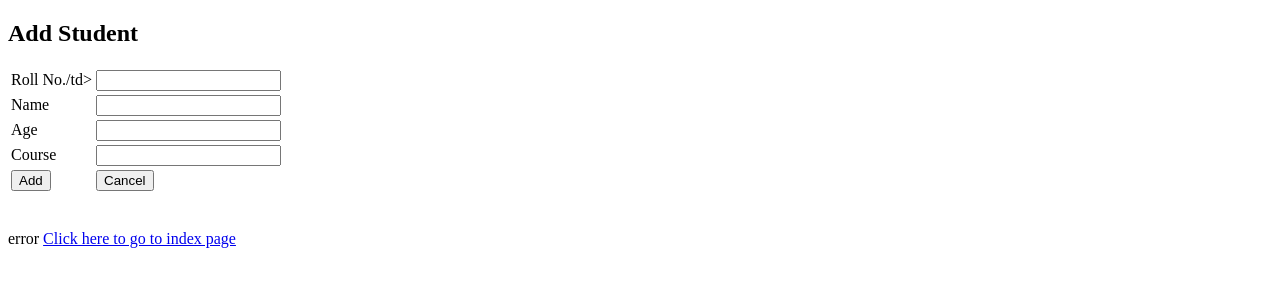
Repository: akhileshrane/ZensarJava
Page: http://localhost/student-crud/addStudent.jsp
These files come from the project's save history. The page is drawn as it stood at one moment and after the next save; the edit follows.
The browser window is 1280 px wide. The pictures show the whole page.
The page is served by Tomcat 9. Other server files are loaded and not shown.

Above is the page before, as saved 2017-06-27 09:10:42.

### student-crud/WebContent/addStudent.jsp
<!DOCTYPE html>
<%@page import="java.util.*"%>
<%@page import="akhilesh.*"%>
<html>
<head>
<meta http-equiv="Content-Type" content="text/html" >
<title>Add Student</title>
</head>
<body>
<h2>Add Student</h2>
<form name="addStudentForm" action="viewAllStudents.jsp">
<table>
	<tr>
		<td>Roll No./td>
		<td><input type="text" name="rollNumber" />
		</td>
	</tr>
	<tr>
		<td>Name</td>
		<td><input type="text" name="studentName" /></td>
	</tr>
		<tr>
		<td>Age</td>
		<td><input type="text" name="age" /></td>
	</tr>
	<tr>
		<td>Course</td>
		<td><input type="text" name="course" /></td>
	</tr>
		<tr>
		<td><input type="submit" value="Add" /></td>
		<td><input type="reset" value="Cancel" /></td>
	</tr>
</table>
<br><br>

<%
try{

StudentDao studentDao=new StudentDao();
int r=Integer.parseInt(request.getParameter("rollNumber"));
String n= request.getParameter("name");
String c= request.getParameter("course");
int a=Integer.parseInt("age");
Student student = new Student(r,n,a,c);
studentDao.addStudent(student);
}
catch(Exception e){
	out.println("error");
}
%>

<a href="index.jsp">Click here to go to index page</a>
</form>
</body>
</html>

### student-crud/src/akhilesh/StudentDao.java
package akhilesh;
import java.sql.*;
import java.util.*;

public class StudentDao {
	Student student;

	String driverName = "com.mysql.jdbc.Driver";
	String url= "jdbc:mysql://localhost/akhilesh";
	String userName="root";
	String password="root";
	public List<Student> getAllStudents() throws SQLException, ClassNotFoundException {
		List<Student> allStudentsList = new ArrayList<Student>();

		//Loading the driver

		Class.forName(driverName);
		Connection con= DriverManager.getConnection(url,userName,password);
		Statement st=con.createStatement();
		ResultSet rs=st.executeQuery("select * from student;");
		while(rs.next()) {
			int rollNumber = rs.getInt("rollno");
			String studentName=rs.getString("name");
			int age=rs.getInt("age");
			String course = rs.getString("course");

			Student student = new Student();
			student.setRollNumber(rollNumber);
			student.setName(studentName);
			student.setAge(age);
			student.setCourse(course);
			allStudentsList.add(student);
		}
		con.close();
		st.close();
		rs.close();

		return allStudentsList;

	}
	/*
	 * Add data to db
	 */
	public int addStudent(Student student) throws ClassNotFoundException, SQLException{
		int numberOfStudentsAdded = 0;
		Class.forName(driverName);
		Connection con= DriverManager.getConnection(url,userName,password);
		Statement st=con.createStatement();
		numberOfStudentsAdded=st.executeUpdate("insert into student values("+student.getRollNumber()+student.getName()+student.getAge()+student.getCourse()+";)");
		con.close();
		st.close();
		System.out.println("Records added :" +numberOfStudentsAdded);
		return numberOfStudentsAdded;
	}
	/*
	 * Update data from db
	 */
	public int updateStudent(Student student)throws ClassNotFoundException, SQLException {
		int numberOfStuentsUpdated = 0;
		Class.forName(driverName);
		Connection con= DriverManager.getConnection(url,userName,password);
		Statement st=con.createStatement();
		numberOfStuentsUpdated=st.executeUpdate("UPDATE student SET course='Computers' where course='cs';");
		con.close();
		st.close();
		System.out.println("Records updated : "+numberOfStuentsUpdated);
		return numberOfStuentsUpdated;

	}

	public int deleteStudent(int rollNumber) throws ClassNotFoundException, SQLException{
		int numberOfStudentsDeleted = 0;
		Class.forName(driverName);
		Connection con= DriverManager.getConnection(url,userName,password);
		Statement st=con.createStatement();
		numberOfStudentsDeleted=st.executeUpdate("delete from student where rollno="+rollNumber+";");
		con.close();
		st.close();
		System.out.println("Records deleted : "+numberOfStudentsDeleted);
		return numberOfStudentsDeleted;

	}
}

After the next save:
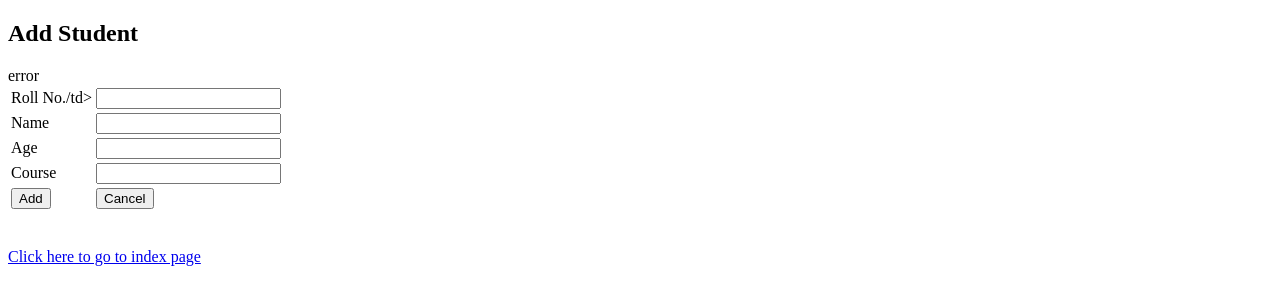
Saved 3 min 19 s later.
--- a/student-crud/WebContent/addStudent.jsp
+++ b/student-crud/WebContent/addStudent.jsp
@@ -27,14 +27,7 @@
 		<td>Course</td>
 		<td><input type="text" name="course" /></td>
 	</tr>
-		<tr>
-		<td><input type="submit" value="Add" /></td>
-		<td><input type="reset" value="Cancel" /></td>
-	</tr>
-</table>
-<br><br>
-
-<%
+	<%
 try{
 
 StudentDao studentDao=new StudentDao();
@@ -49,6 +42,14 @@ catch(Exception e){
 	out.println("error");
 }
 %>
+		<tr>
+		<td><input type="submit" value="Add" /></td>
+		<td><input type="reset" value="Cancel" /></td>
+	</tr>
+</table>
+<br><br>
+
+
 
 <a href="index.jsp">Click here to go to index page</a>
 </form>
